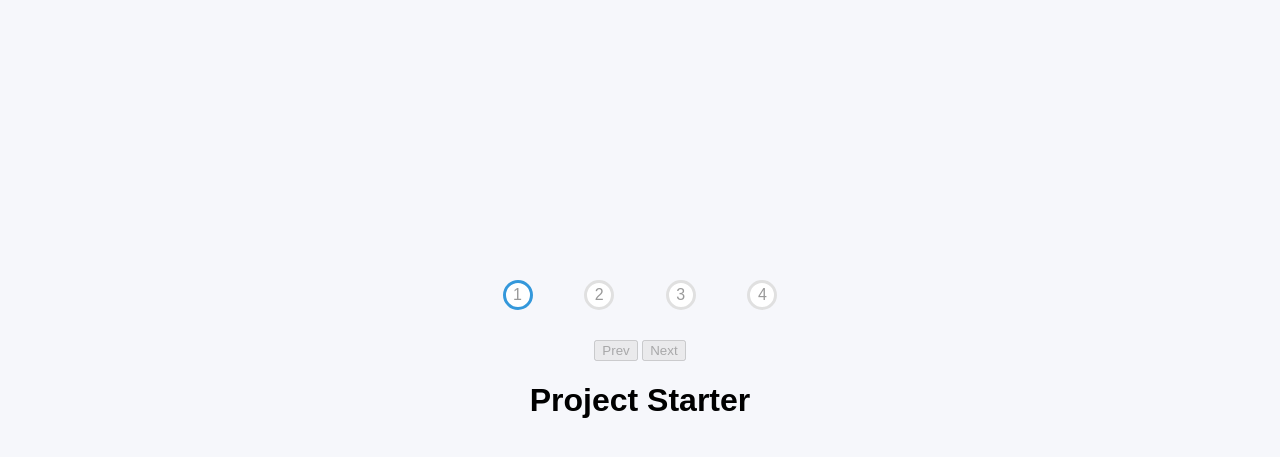
Repository: Williamlmachado/Progress-steps
Page: index.html
These files come from the project's save history. The page is drawn as it stood at one moment and after the next save; the edit follows.
The browser window is 1280 px wide. The pictures show the whole page.
Some web fonts or font styles are not loaded; a fallback is used.

Above is the page before, as saved 2021-08-11 09:53:48.

### index.html
<!DOCTYPE html>
<html lang="en">
    <head>
        <meta charset="UTF-8">
        <meta name="viewport" content="width=device=width, initial-scale=1.0"/>
        <link rel="stylesheet" href="style.css"/>
        <title>Progress Steps</title>
    </head>
    <body>
        <div class="container">
            <div class="progress-container">
                <div class="progress" id="progress"></div>
                <div class="circle active">1</div>
                <div class="circle">2</div>
                <div class="circle">3</div>
                <div class="circle">4</div>
            </div>
            <button class="btn" id="prev" disabled>Prev</button>
            <button class="btn" id="prev" disabled>Next</button>
        </div>
        <h1>Project Starter</h1>
        <script src="script.js"></script>
    </body>
</html>

### style.css
@import url('https://font.googleapis.com/css?family=Muli&display=swap');

:root{
    --line-bord-fill: #3498db;
    --line-bord-empty: #e0e0e0;
}
*{
    box-sizing: border-box;
}
body{
    background-color: #f6f7fb;
    font-family: 'Muli',sans-serif;
    display: flex;
    flex-direction: column;
    align-items: center;
    justify-content: center;
    height: 100vh;
    overflow: hidden;
    margin: 0;
}
.container{
    text-align: center;
}
.progress-container{
    display: flex;
    justify-content: space-between;
    position: relative;
    margin-bottom: 30px;
    max-width: 100%;
    width: 275px;
}
.progress-container::before{
    content: '';
    background-color: var(--line-border-empty);
    position: absolute;
    top:50%;
    left: 0;
    transform: translateY(-50%);
    height: 4px;
    width: 100%;
    z-index: -1;
}
.progress{
    background-color: var(--line-bord-fill);
    position: absolute;
    top:50%;
    left: 0;
    transform: translateY(-50%);
    height: 4px;
    width: 0%;
    z-index: -1;
    transition: 0.4s ease;
}
.circle{
    background-color: #fff;
    color: #999;
    border-radius: 50%;
    height: 30px;
    width: 30px;
    display: flex;
    align-items: center;
    justify-content: center;
    border: 3px solid var(--line-bord-empty);
    transition: .4s ease;
}
.circle.active{
    border-color: var(--line-bord-fill);
}
.btn{
    background-color: var(--line-bord-fill;
    color: #fff;
    border:0;
    border-radius: 6px;
    cursor: pointer;
    font-family: inherit;
    padding: 8px 30px;
    margin: 5px;
    font-size: 14px;
}
.btn:active{
    transform: scale(0.98);
}
.btn:focus{
    outline: 0;
}
.btn:disabled{
    background-color: var(--line-bord-empty);
    cursor: not-allowed;
}

Loaded but not shown: script.js (no copy from this time; the picture is the same without it)

After the next save:
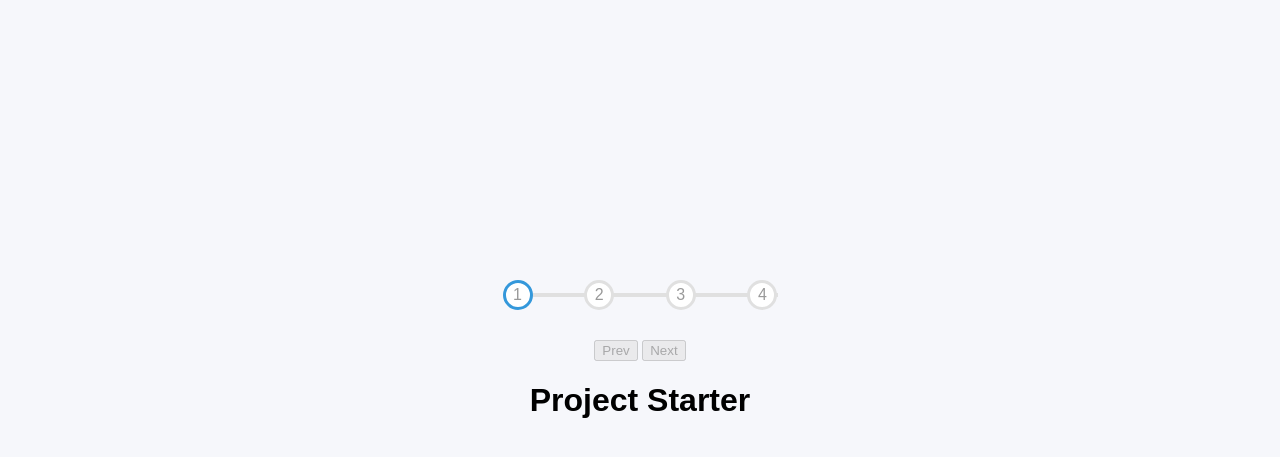
Saved 48 s later.
--- a/style.css
+++ b/style.css
@@ -31,7 +31,7 @@ body{
 }
 .progress-container::before{
     content: '';
-    background-color: var(--line-border-empty);
+    background-color: var(--line-bord-empty);
     position: absolute;
     top:50%;
     left: 0;
